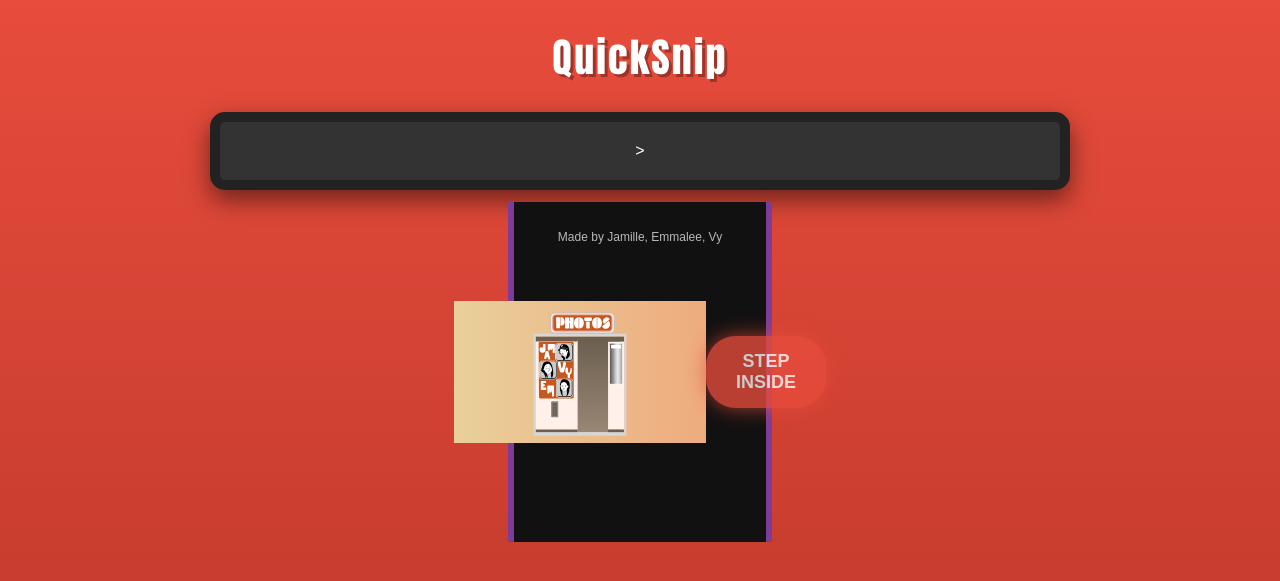
Repository: Strawb3rryjam/QuickSnip
Page: index.html
An editor plug-in stored every save of this project. The page is shown before and after the next save, followed by the edit.
The browser window is 1280 px wide. The pictures show the whole page.

Above is the page before, as saved 2025-05-08 13:47:10.

### index.html
<!DOCTYPE html>
<html lang="en">

<head>
    <meta charset="UTF-8">
    <meta name="viewport" content="width=device-width, initial-scale=1.0">
    <title>QuickSnip</title>
    <link rel="stylesheet" href="styles.css">
</head>

<body>
    <h1>QuickSnip</h1>
    <div class="container">
        <!-- Exterior photobooth view -->
        <div>
            <div class="booth-entrance">
                <img src="/assets/Photobooth.svg" alt="Description of the image">
                <button id="enterBoothButton">Step Inside</button>
            </div>

        </div>>



        <!-- Original app starts here -->
        <div class="app-interior" id="appInterior" style="display: none;">
            <div class="retro-light"></div>

            <div class="start-screen" id="startScreen">
                <h2>Ready for your photoshoot?</h2>
                <p>Take 4 photos and create your own vintage photobooth strip!</p>
                <button id="startButton">Start Photobooth</button>
            </div>

            <div class="camera-container" id="cameraContainer">
                <video id="camera" autoplay playsinline></video>
                <div class="countdown" id="countdown"></div>
                <div class="flash" id="flash"></div>
                <div class="loading-message" id="loadingMessage">Initializing camera...</div>
            </div>

            <div class="controls" id="cameraControls" style="display: none;">
                <button id="captureButton">Take Photos</button>
            </div>

            <div class="photostrip-container" id="photostripContainer">
                <div class="photostrip" id="photostrip">
                    <div class="photostrip-branding">Retro Photobooth - May 3, 2025</div>
                </div>

                <div class="editor-tools">
                    <div>
                        <h3>Border Color</h3>
                        <div class="color-picker" id="colorPicker">
                            <div class="color selected" style="background-color: white;" data-color="white"></div>
                            <div class="color" style="background-color: #ffcc00;" data-color="#ffcc00"></div>
                            <div class="color" style="background-color: #ff6b6b;" data-color="#ff6b6b"></div>
                            <div class="color" style="background-color: #48dbfb;" data-color="#48dbfb"></div>
                            <div class="color" style="background-color: #1dd1a1;" data-color="#1dd1a1"></div>
                            <div class="color" style="background-color: #f368e0;" data-color="#f368e0"></div>
                            <div class="color" style="background-color: #ff9f43;" data-color="#ff9f43"></div>
                            <div class="color" style="background-color: black;" data-color="black"></div>
                        </div>
                    </div>

                    <div>
                        <h3>Add Stickers</h3>
                        <div class="stickers" id="stickerPicker">
                            <div class="sticker">⭐</div>
                            <div class="sticker">❤️</div>
                            <div class="sticker">🌈</div>
                            <div class="sticker">😎</div>
                            <div class="sticker">🎉</div>
                            <div class="sticker">✨</div>
                            <div class="sticker">💯</div>
                            <div class="sticker">🔥</div>
                            <div class="sticker">👑</div>
                            <div class="sticker">🦄</div>
                        </div>
                    </div>

                    <button id="downloadButton">Download Photostrip</button>
                    <button id="resetButton">Take New Photos</button>
                    <button id="exitBoothButton">Exit Booth</button>
                </div>
            </div>
        </div>
    </div>

    <div id="copyright">Made by Jamille, Emmalee, Vy</div>

    <script src="https://cdnjs.cloudflare.com/ajax/libs/html2canvas/1.4.1/html2canvas.min.js"></script>
    <script src="scripts.js"></script>
</body>

</html>

### styles.css
body {
  font-family: 'Arial', sans-serif;
  background-color: #f0f0f0;
  margin: 0;
  padding: 0;
  display: flex;
  flex-direction: column;
  align-items: center;
  min-height: 100vh;
  background-image: linear-gradient(to bottom, #e74c3c, #c0392b);
  color: white;
  text-align: center;
}

h1 {
  font-family: 'Impact', sans-serif;
  letter-spacing: 2px;
  font-size: 2.5rem;
  text-shadow: 3px 3px 0px rgba(0, 0, 0, 0.3);
  margin-bottom: 5px;
}

.container {
  max-width: 800px;
  width: 95%;
  background-color: #333;
  border-radius: 15px;
  padding: 20px;
  box-shadow: 0 10px 25px rgba(0, 0, 0, 0.5);
  margin: 20px 0;
  border: 10px solid #222;
  position: relative;
}

/* Photobooth Exterior Styling */
.photobooth-exterior {
  width: 100%;
  height: 500px;
  position: relative;
  display: flex;
  flex-direction: column;
  background-color: #222;
  border-radius: 8px;
  overflow: hidden;
}

.booth-top {
  height: 80px;
  background-color: #1a1a1a;
  display: flex;
  justify-content: center;
  align-items: center;
  border-bottom: 4px solid #c0392b;
}

.booth-sign {
  background-color: #e74c3c;
  color: white;
  padding: 10px 30px;
  border-radius: 5px;
  font-family: 'Impact', sans-serif;
  letter-spacing: 2px;
  font-size: 1.5rem;
  box-shadow: 0 0 15px rgba(231, 76, 60, 0.8);
  border: 2px solid #fff;
  animation: glow 2s infinite alternate;
}

@keyframes glow {
  from {
    box-shadow: 0 0 10px rgba(231, 76, 60, 0.8);
  }
  to {
    box-shadow: 0 0 20px rgba(231, 76, 60, 1), 0 0 30px rgba(231, 76, 60, 0.8);
  }
}

.booth-curtain {
  position: absolute;
  height: 340px;
  width: 35%;
  top: 80px;
  background-image: linear-gradient(to bottom, #8e44ad, #9b59b6);
  border: 2px solid #7d3c98;
}

.booth-curtain::before {
  content: '';
  position: absolute;
  top: 0;
  width: 100%;
  height: 100%;
  background: repeating-linear-gradient(
    0deg,
    rgba(0, 0, 0, 0.1),
    rgba(0, 0, 0, 0.1) 10px,
    rgba(0, 0, 0, 0) 10px,
    rgba(0, 0, 0, 0) 20px
  );
}

.booth-curtain.left {
  left: 0;
  border-right: 10px solid #7d3c98;
  border-top-right-radius: 50px;
  transform-origin: left;
  animation: curtainWave 5s ease-in-out infinite alternate;
}

.booth-curtain.right {
  right: 0;
  border-left: 10px solid #7d3c98;
  border-top-left-radius: 50px;
  transform-origin: right;
  animation: curtainWave 5s ease-in-out infinite alternate-reverse;
}

@keyframes curtainWave {
  0% {
    transform: skewY(2deg);
  }
  100% {
    transform: skewY(-2deg);
  }
}

.booth-entrance {
  height: 340px;
  margin: 0 auto;
  width: 30%;
  background-color: #111;
  position: absolute;
  top: 80px;
  left: 50%;
  transform: translateX(-50%);
  display: flex;
  justify-content: center;
  align-items: center;
  border-left: 6px solid #7d3c98;
  border-right: 6px solid #7d3c98;
}

.booth-base {
  height: 80px;
  background-color: #1a1a1a;
  position: absolute;
  bottom: 0;
  width: 100%;
  border-top: 4px solid #c0392b;
}

#enterBoothButton {
  background-color: #e74c3c;
  color: white;
  padding: 15px 30px;
  border: none;
  border-radius: 30px;
  font-size: 18px;
  cursor: pointer;
  box-shadow: 0 0 20px rgba(231, 76, 60, 0.9);
  transition: all 0.3s ease;
  animation: pulse 1.5s infinite alternate;
}

#enterBoothButton:hover {
  transform: scale(1.1);
  background-color: #c0392b;
}

@keyframes pulse {
  0% {
    transform: scale(1);
  }
  100% {
    transform: scale(1.05);
  }
}

/* Original CSS continues here */
.start-screen {
  display: flex;
  flex-direction: column;
  align-items: center;
  justify-content: center;
  height: 400px;
}

.camera-container {
  position: relative;
  margin: 0 auto;
  width: 100%;
  max-width: 640px;
  border-radius: 8px;
  overflow: hidden;
  display: none;
}

#camera {
  width: 100%;
  height: auto;
  background-color: #222;
  border-radius: 8px;
  transform: scaleX(-1);
}

.controls {
  margin-top: 20px;
  display: flex;
  justify-content: center;
  flex-wrap: wrap;
  gap: 10px;
}

button {
  background-color: #e74c3c;
  color: white;
  border: none;
  padding: 12px 24px;
  font-size: 16px;
  border-radius: 30px;
  cursor: pointer;
  transition: all 0.3s;
  font-weight: bold;
  box-shadow: 0 4px 0 #c0392b;
  text-transform: uppercase;
}

button:hover {
  background-color: #c0392b;
  box-shadow: 0 2px 0 #9e2a1e;
  transform: translateY(2px);
}

button:active {
  transform: translateY(4px);
  box-shadow: none;
}

button:disabled {
  background-color: #999;
  box-shadow: none;
  cursor: not-allowed;
}

.countdown {
  position: absolute;
  top: 50%;
  left: 50%;
  transform: translate(-50%, -50%);
  font-size: 8rem;
  color: white;
  text-shadow: 0 0 10px #000;
  opacity: 0.8;
  display: none;
}

.flash {
  position: absolute;
  top: 0;
  left: 0;
  width: 100%;
  height: 100%;
  background-color: white;
  opacity: 0;
  transition: opacity 0.1s;
}

.photostrip-container {
  display: none;
  flex-direction: column;
  align-items: center;
  width: 100%;
}

.photostrip {
  display: flex;
  flex-direction: column;
  gap: 10px;
  background-color: white;
  padding: 20px;
  width: 240px;
  border-radius: 5px;
  box-shadow: 0 0 10px rgba(0,0,0,0.5);
  margin-bottom: 20px;
  position: relative;
}

.photostrip img {
  width: 100%;
  height: auto;
  border: 1px solid #ddd;
}

.photostrip-branding {
  color: #333;
  font-size: 12px;
  margin-top: 10px;
  text-align: center;
  font-family: 'Courier New', monospace;
}

.editor-tools {
  display: flex;
  flex-wrap: wrap;
  justify-content: center;
  gap: 10px;
  margin-top: 20px;
  width: 100%;
}

.color-picker {
  display: flex;
  flex-wrap: wrap;
  justify-content: center;
  gap: 5px;
  margin-bottom: 15px;
}

.color {
  width: 30px;
  height: 30px;
  border-radius: 50%;
  cursor: pointer;
  border: 2px solid transparent;
  transition: transform 0.2s;
}

.color:hover {
  transform: scale(1.2);
}

.color.selected {
  border: 2px solid white;
  box-shadow: 0 0 5px rgba(0,0,0,0.5);
}

.stickers {
  display: flex;
  flex-wrap: wrap;
  justify-content: center;
  gap: 10px;
  margin-bottom: 15px;
}

.sticker {
  font-size: 24px;
  cursor: pointer;
  background-color: rgba(255, 255, 255, 0.2);
  border-radius: 5px;
  padding: 5px;
  transition: transform 0.2s;
}

.sticker:hover {
  transform: scale(1.2);
}

.draggable-sticker {
  position: absolute;
  cursor: move;
  user-select: none;
  font-size: 24px;
}

.retro-light {
  position: absolute;
  width: 10px;
  height: 10px;
  background-color: #2ecc71;
  border-radius: 50%;
  top: 20px;
  right: 20px;
  box-shadow: 0 0 10px #2ecc71;
  animation: blink 2s infinite;
}

@keyframes blink {
  0%, 100% { opacity: 1; }
  50% { opacity: 0.4; }
}

.loading-message {
  font-size: 1.2rem;
  margin-bottom: 20px;
  animation: pulse 1.5s infinite;
}

@keyframes pulse {
  0%, 100% { opacity: 1; }
  50% { opacity: 0.5; }
}

#copyright {
  margin-top: 20px;
  font-size: 12px;
  opacity: 0.7;
}

/* Transition Animation */
.app-interior,
.photobooth-exterior {
  transition: opacity 0.8s ease, transform 0.8s ease;
}

.fade-out {
  opacity: 0;
  transform: scale(0.9);
}

.fade-in {
  opacity: 1;
  transform: scale(1);
}

### scripts.js
document.addEventListener("DOMContentLoaded", () => {
  // DOM Elements
  const photoboothExterior = document.getElementById("photoboothExterior");
  const appInterior = document.getElementById("appInterior");
  const enterBoothButton = document.getElementById("enterBoothButton");
  const exitBoothButton = document.getElementById("exitBoothButton");

  const startScreen = document.getElementById("startScreen");
  const cameraContainer = document.getElementById("cameraContainer");
  const camera = document.getElementById("camera");
  const captureButton = document.getElementById("captureButton");
  const startButton = document.getElementById("startButton");
  const cameraControls = document.getElementById("cameraControls");
  const countdown = document.getElementById("countdown");
  const flash = document.getElementById("flash");
  const photostripContainer = document.getElementById("photostripContainer");
  const photostrip = document.getElementById("photostrip");
  const downloadButton = document.getElementById("downloadButton");
  const resetButton = document.getElementById("resetButton");
  const colorPicker = document.getElementById("colorPicker");
  const stickerPicker = document.getElementById("stickerPicker");
  const loadingMessage = document.getElementById("loadingMessage");

  // App State
  let stream = null;
  let photosTaken = 0;
  const maxPhotos = 4;
  let photoElements = [];
  let isCountingDown = false;

  // Photobooth navigation
  enterBoothButton.addEventListener("click", enterBooth);
  exitBoothButton.addEventListener("click", exitBooth);

  // Enter the photobooth
  function enterBooth() {
    photoboothExterior.classList.add("fade-out");

    setTimeout(() => {
      photoboothExterior.style.display = "none";
      appInterior.style.display = "block";

      // Allow time for DOM update before adding the fade-in class
      setTimeout(() => {
        appInterior.classList.add("fade-in");
      }, 50);
    }, 800);
  }

  // Exit the photobooth
  function exitBooth() {
    // Stop camera if running
    if (stream) {
      stream.getTracks().forEach((track) => track.stop());
      stream = null;
    }

    appInterior.classList.remove("fade-in");
    appInterior.classList.add("fade-out");

    setTimeout(() => {
      appInterior.style.display = "none";
      resetPhotobooth();

      photoboothExterior.style.display = "flex";
      // Allow time for DOM update before adding the fade-in class
      setTimeout(() => {
        photoboothExterior.classList.remove("fade-out");
      }, 50);
    }, 800);
  }

  // Start the photobooth
  startButton.addEventListener("click", initCamera);

  // Initialize the camera
  async function initCamera() {
    startScreen.style.display = "none";
    cameraContainer.style.display = "block";

    try {
      stream = await navigator.mediaDevices.getUserMedia({
        video: {
          facingMode: "user",
          width: { ideal: 640 },
          height: { ideal: 480 },
        },
        audio: false,
      });

      camera.srcObject = stream;
      loadingMessage.style.display = "none";
      cameraControls.style.display = "flex";
      captureButton.addEventListener("click", startPhotoSequence);
    } catch (err) {
      loadingMessage.textContent = "Camera access denied or not available :(";
      console.error("Error accessing camera:", err);
    }
  }

  // Start the photo taking sequence
  function startPhotoSequence() {
    if (isCountingDown) return;

    isCountingDown = true;
    captureButton.disabled = true;
    startCountdown();
  }

  // Display countdown before taking photo
  function startCountdown() {
    let count = 3;
    countdown.textContent = count;
    countdown.style.display = "block";

    const countInterval = setInterval(() => {
      count--;

      if (count > 0) {
        countdown.textContent = count;
      } else {
        clearInterval(countInterval);
        countdown.style.display = "none";
        takePhoto();
      }
    }, 1000);
  }

  // Take a photo
  function takePhoto() {
    // Create flash effect
    flash.style.opacity = "0.8";
    setTimeout(() => {
      flash.style.opacity = "0";
    }, 100);

    // Create the canvas to capture the photo
    const canvas = document.createElement("canvas");
    const context = canvas.getContext("2d");

    // Set canvas dimensions to match the video
    canvas.width = camera.videoWidth;
    canvas.height = camera.videoHeight;

    // Draw the video frame on the canvas, flip horizontally
    context.translate(canvas.width, 0);
    context.scale(-1, 1);
    context.drawImage(camera, 0, 0, canvas.width, canvas.height);

    // Convert canvas to image
    const imgUrl = canvas.toDataURL("image/jpeg");

    // Add to photostrip
    photosTaken++;
    const photoElement = document.createElement("img");
    photoElement.src = imgUrl;
    photoElement.alt = `Photo ${photosTaken}`;
    photoElements.push(photoElement);

    // Check if we need to take more photos
    if (photosTaken < maxPhotos) {
      // Wait before next photo
      setTimeout(() => {
        isCountingDown = false;
        startCountdown();
      }, 1000);
    } else {
      // We're done taking photos
      finishPhotoSession();
    }
  }

  // Finish photo session and show the photostrip
  function finishPhotoSession() {
    // Stop camera
    if (stream) {
      stream.getTracks().forEach((track) => track.stop());
      stream = null;
    }

    // Hide camera UI
    cameraContainer.style.display = "none";
    cameraControls.style.display = "none";

    // Add photos to photostrip
    for (let i = 0; i < photoElements.length; i++) {
      photostrip.appendChild(photoElements[i]);
    }

    // Show photostrip editor
    photostripContainer.style.display = "flex";

    // Initialize the editing tools
    initEditingTools();
  }

  // Initialize editing tools for photostrip
  function initEditingTools() {
    // Color picker functionality
    colorPicker.querySelectorAll(".color").forEach((colorEl) => {
      colorEl.addEventListener("click", () => {
        // Remove selected class from all colors
        colorPicker.querySelectorAll(".color").forEach((el) => {
          el.classList.remove("selected");
        });

        // Add selected class to clicked color
        colorEl.classList.add("selected");

        // Apply color to photostrip
        const selectedColor = colorEl.getAttribute("data-color");
        photostrip.style.backgroundColor = selectedColor;
      });
    });

    // Sticker functionality
    stickerPicker.querySelectorAll(".sticker").forEach((stickerEl) => {
      stickerEl.addEventListener("click", () => {
        addSticker(stickerEl.textContent);
      });
    });

    // Download button
    downloadButton.addEventListener("click", downloadPhotostrip);

    // Reset button
    resetButton.addEventListener("click", resetPhotobooth);
  }

  // Add a draggable sticker to the photostrip
  function addSticker(emoji) {
    const sticker = document.createElement("div");
    sticker.classList.add("draggable-sticker");
    sticker.textContent = emoji;
    sticker.style.left = "50%";
    sticker.style.top = "50%";
    sticker.style.transform = "translate(-50%, -50%)";
    photostrip.appendChild(sticker);

    // Make sticker draggable
    let isDragging = false;
    let offsetX, offsetY;

    sticker.addEventListener("mousedown", (e) => {
      isDragging = true;
      const rect = sticker.getBoundingClientRect();
      offsetX = e.clientX - rect.left;
      offsetY = e.clientY - rect.top;
      sticker.style.zIndex = "1000";
    });

    document.addEventListener("mousemove", (e) => {
      if (!isDragging) return;

      const photoRect = photostrip.getBoundingClientRect();
      const x = e.clientX - photoRect.left - offsetX;
      const y = e.clientY - photoRect.top - offsetY;

      sticker.style.left = `${x}px`;
      sticker.style.top = `${y}px`;
      sticker.style.transform = "none";
    });

    document.addEventListener("mouseup", () => {
      isDragging = false;
      sticker.style.zIndex = "999";
    });

    // Touch support for mobile
    sticker.addEventListener("touchstart", (e) => {
      isDragging = true;
      const touch = e.touches[0];
      const rect = sticker.getBoundingClientRect();
      offsetX = touch.clientX - rect.left;
      offsetY = touch.clientY - rect.top;
      sticker.style.zIndex = "1000";
      e.preventDefault();
    });

    document.addEventListener("touchmove", (e) => {
      if (!isDragging) return;

      const touch = e.touches[0];
      const photoRect = photostrip.getBoundingClientRect();
      const x = touch.clientX - photoRect.left - offsetX;
      const y = touch.clientY - photoRect.top - offsetY;

      sticker.style.left = `${x}px`;
      sticker.style.top = `${y}px`;
      sticker.style.transform = "none";
      e.preventDefault();
    });

    document.addEventListener("touchend", () => {
      isDragging = false;
      sticker.style.zIndex = "999";
    });
  }

  // Download the photostrip
  function downloadPhotostrip() {
    html2canvas(photostrip).then((canvas) => {
      const link = document.createElement("a");
      link.download = "retro-photostrip.jpg";
      link.href = canvas.toDataURL("image/jpeg", 0.8);
      link.click();
    });
  }

  // Reset the photobooth to start again
  function resetPhotobooth() {
    // Reset counters and arrays
    photosTaken = 0;
    photoElements = [];

    // Clear the photostrip
    const photos = photostrip.querySelectorAll("img");
    const stickers = photostrip.querySelectorAll(".draggable-sticker");

    photos.forEach((photo) => photo.remove());
    stickers.forEach((sticker) => sticker.remove());

    // Reset photostrip color
    photostrip.style.backgroundColor = "white";
    colorPicker.querySelectorAll(".color").forEach((el) => {
      el.classList.remove("selected");
    });
    colorPicker.querySelector('[data-color="white"]').classList.add("selected");

    // Hide photostrip and show start screen
    photostripContainer.style.display = "none";
    startScreen.style.display = "flex";

    // Reset buttons
    captureButton.disabled = false;
    isCountingDown = false;
  }
});

After the next save:
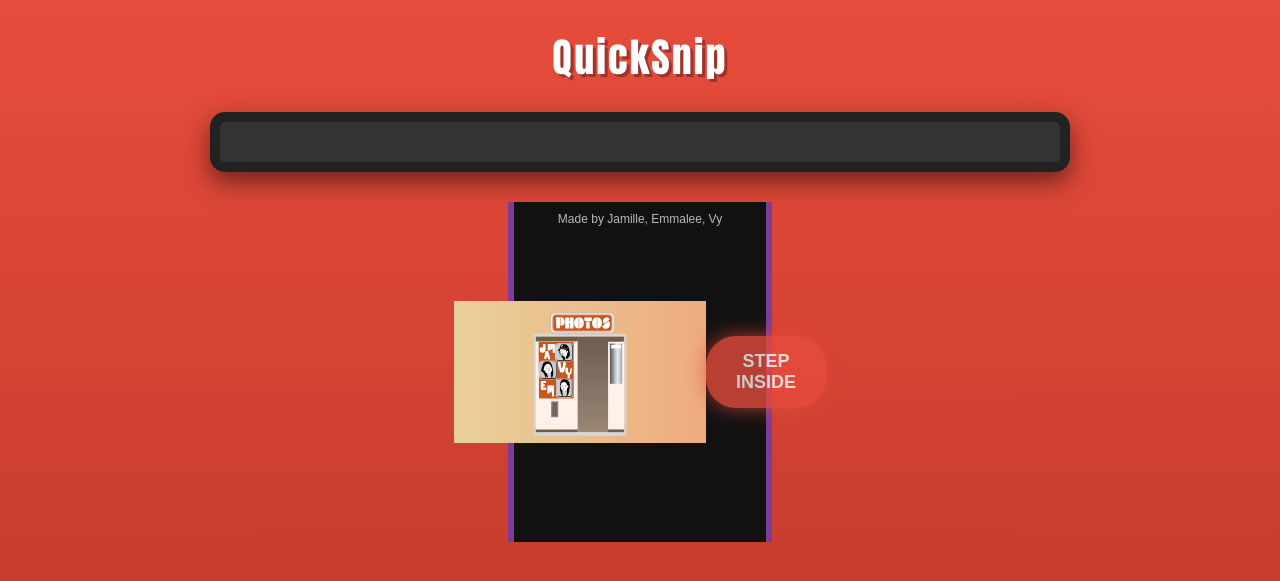
Saved 4 s later.
--- a/index.html
+++ b/index.html
@@ -18,7 +18,7 @@
                 <button id="enterBoothButton">Step Inside</button>
             </div>
 
-        </div>>
+        </div>
 
 
 
